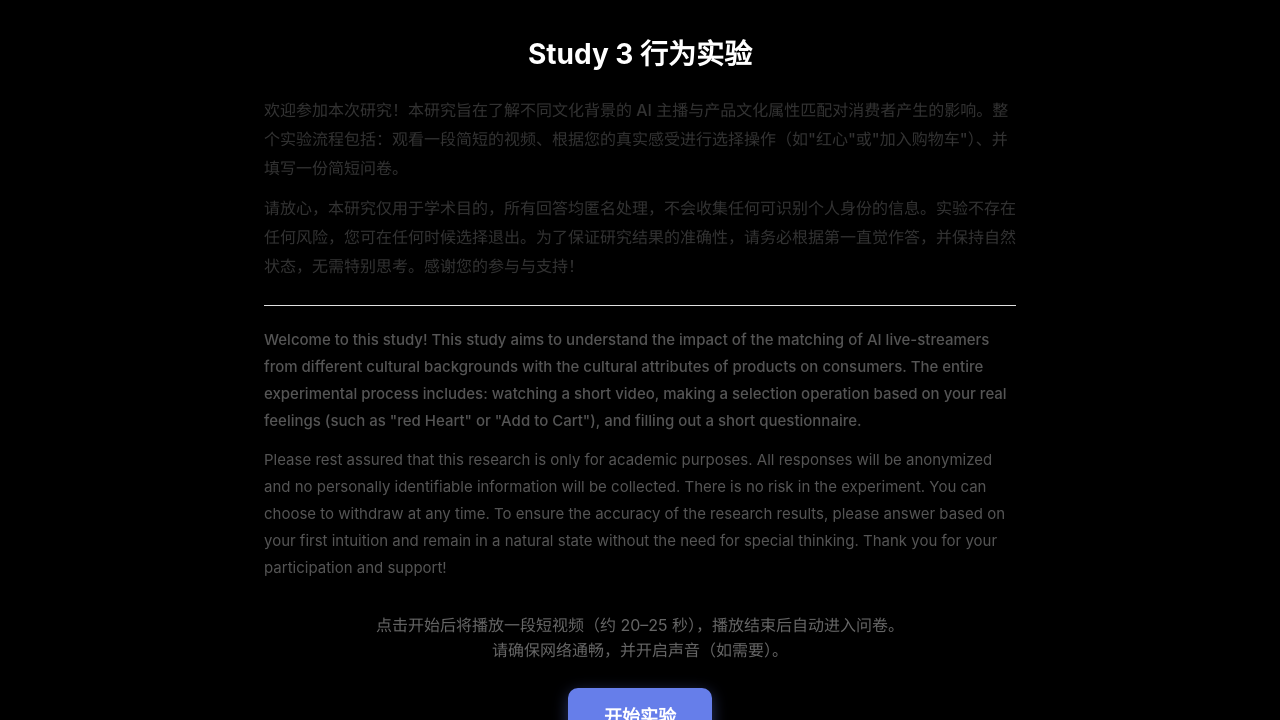
Repository: eshubmy-blip/study3-demo
Page: /
The author's editor kept a copy of each file at every save. The page is drawn from the files as they stood at one save, then again after the next save.
The browser window is 1280 px wide. The pictures show the whole page.
The project was rebuilt for these pictures with package versions that can differ from the ones it lists, and the page was loaded fresh each time. Also part of the build but not shown: vite.config.js, src/utils/videos.js, src/components/VideoExperiment.css, src/components/VideoExperiment.jsx, src/components/Questionnaire.css, src/utils/supabase.js, src/utils/insertStudy3Row.js, src/components/Questionnaire.jsx.

Above is the page before, as saved 2025-12-13 22:51:37.

### index.html
<!DOCTYPE html>
<html lang="zh-CN">
  <head>
    <meta charset="UTF-8" />
    <meta name="viewport" content="width=device-width, initial-scale=1.0, maximum-scale=1.0, user-scalable=no" />
    <meta name="apple-mobile-web-app-capable" content="yes" />
    <meta name="apple-mobile-web-app-status-bar-style" content="black-translucent" />
    <title>Study 3 行为实验</title>
  </head>
  <body>
    <div id="root"></div>
    <script type="module" src="/src/main.jsx"></script>
  </body>
</html>

### src/App.jsx
import { useState, useEffect } from 'react'
import StartPage from './components/StartPage'
import VideoExperiment from './components/VideoExperiment'
import Questionnaire from './components/Questionnaire'
import { generateUserId } from './utils/uuid'
import './App.css'

function App() {
  const [currentStep, setCurrentStep] = useState('start') // 'start' | 'video' | 'questionnaire'
  const [userId, setUserId] = useState(null)
  const [behaviorData, setBehaviorData] = useState(null)

  useEffect(() => {
    const id = generateUserId()
    setUserId(id)
    console.log('用户ID已生成:', id)
  }, [])

  const handleStart = () => {
    // 这一次点击 = 用户交互
    // 立即创建一个临时视频元素来解锁音频播放权限
    const tempVideo = document.createElement('video')
    tempVideo.muted = false
    tempVideo.volume = 1.0
    // 尝试播放一个空视频来解锁权限
    tempVideo.play().then(() => {
      tempVideo.pause()
      tempVideo.remove()
    }).catch(() => {
      tempVideo.remove()
    })

    setCurrentStep('video')
  }

  const handleVideoComplete = (data) => {
    console.log('行为数据已记录:', data)
    setBehaviorData(data)
    setCurrentStep('questionnaire')
  }

  if (!userId) {
    return (
      <div className="app-loading">
        <div className="loading-spinner">初始化中...</div>
      </div>
    )
  }

  return (
    <div className="app-container">
      {currentStep === 'start' && (
        <StartPage onStart={handleStart} />
      )}

      {currentStep === 'video' && (
        <VideoExperiment onComplete={handleVideoComplete} />
      )}

      {currentStep === 'questionnaire' && behaviorData && (
        <Questionnaire behaviorData={behaviorData} userId={userId} />
      )}
    </div>
  )
}

export default App

### src/index.css
* {
  margin: 0;
  padding: 0;
  box-sizing: border-box;
}

body {
  font-family: -apple-system, BlinkMacSystemFont, 'Segoe UI', 'Roboto', 'Oxygen',
    'Ubuntu', 'Cantarell', 'Fira Sans', 'Droid Sans', 'Helvetica Neue',
    sans-serif;
  -webkit-font-smoothing: antialiased;
  -moz-osx-font-smoothing: grayscale;
  background-color: #000;
  color: #fff;
  overflow: hidden;
  user-select: none;
  -webkit-user-select: none;
  -webkit-tap-highlight-color: transparent;
}

#root {
  width: 100vw;
  height: 100vh;
  overflow: hidden;
}

/* 移动端优化 */
@media (max-width: 768px) {
  body {
    font-size: 16px;
  }
}

### src/components/StartPage.jsx
// src/components/StartPage.jsx
export default function StartPage({ onStart }) {
    return (
      <div
        style={{
          minHeight: "100vh",
          display: "flex",
          flexDirection: "column",
          alignItems: "center",
          justifyContent: "flex-start",
          padding: "32px 24px",
          textAlign: "center",
          overflowY: "auto",
          maxWidth: "800px",
          margin: "0 auto",
        }}
      >
        <h2 style={{ marginBottom: 24, fontSize: "28px", fontWeight: "700" }}>Study 3 行为实验</h2>

        <div
          style={{
            marginBottom: 32,
            textAlign: "left",
            lineHeight: 1.8,
            color: "#333",
          }}
        >
          <div style={{ marginBottom: 20, fontSize: "16px" }}>
            <p style={{ marginBottom: 12, fontWeight: "500" }}>
              欢迎参加本次研究！本研究旨在了解不同文化背景的 AI 主播与产品文化属性匹配对消费者产生的影响。整个实验流程包括：观看一段简短的视频、根据您的真实感受进行选择操作（如"红心"或"加入购物车"）、并填写一份简短问卷。
            </p>
            <p style={{ marginBottom: 12 }}>
              请放心，本研究仅用于学术目的，所有回答均匿名处理，不会收集任何可识别个人身份的信息。实验不存在任何风险，您可在任何时候选择退出。为了保证研究结果的准确性，请务必根据第一直觉作答，并保持自然状态，无需特别思考。感谢您的参与与支持！
            </p>
          </div>

          <div style={{
            marginTop: 24,
            paddingTop: 20,
            borderTop: "1px solid #e0e0e0",
            fontSize: "15px",
            color: "#555"
          }}>
            <p style={{ marginBottom: 12, fontWeight: "500" }}>
              Welcome to this study! This study aims to understand the impact of the matching of AI live-streamers from different cultural backgrounds with the cultural attributes of products on consumers. The entire experimental process includes: watching a short video, making a selection operation based on your real feelings (such as "red Heart" or "Add to Cart"), and filling out a short questionnaire.
            </p>
            <p style={{ marginBottom: 0 }}>
              Please rest assured that this research is only for academic purposes. All responses will be anonymized and no personally identifiable information will be collected. There is no risk in the experiment. You can choose to withdraw at any time. To ensure the accuracy of the research results, please answer based on your first intuition and remain in a natural state without the need for special thinking. Thank you for your participation and support!
            </p>
          </div>
        </div>

        <p style={{
          marginBottom: 24,
          lineHeight: 1.6,
          fontSize: "16px",
          color: "#666"
        }}>
          点击开始后将播放一段短视频（约 20–25 秒），播放结束后自动进入问卷。
          <br />
          请确保网络通畅，并开启声音（如需要）。
        </p>

        <button
          onClick={onStart}
          style={{
            fontSize: 18,
            padding: "14px 36px",
            borderRadius: 10,
            border: "none",
            cursor: "pointer",
            backgroundColor: "#667eea",
            color: "#fff",
            fontWeight: "600",
            boxShadow: "0 4px 15px rgba(102, 126, 234, 0.4)",
            transition: "all 0.3s ease",
          }}
          onMouseEnter={(e) => {
            e.target.style.transform = "translateY(-2px)";
            e.target.style.boxShadow = "0 6px 20px rgba(102, 126, 234, 0.6)";
          }}
          onMouseLeave={(e) => {
            e.target.style.transform = "translateY(0)";
            e.target.style.boxShadow = "0 4px 15px rgba(102, 126, 234, 0.4)";
          }}
        >
          开始实验
        </button>
      </div>
    );
  }

### src/utils/uuid.js
/**
 * 生成唯一用户ID（UUID v4简化版）
 */
export function generateUserId() {
  // 检查localStorage是否已有user_id
  const existingId = localStorage.getItem('study3_user_id');
  if (existingId) {
    return existingId;
  }

  // 生成新的UUID
  const uuid = 'xxxxxxxx-xxxx-4xxx-yxxx-xxxxxxxxxxxx'.replace(/[xy]/g, function(c) {
    const r = Math.random() * 16 | 0;
    const v = c === 'x' ? r : (r & 0x3 | 0x8);
    return v.toString(16);
  });

  // 保存到localStorage
  localStorage.setItem('study3_user_id', uuid);
  return uuid;
}

### src/App.css
.app-container {
  width: 100vw;
  height: 100vh;
  overflow: hidden;
  position: relative;
}

.app-loading {
  width: 100vw;
  height: 100vh;
  display: flex;
  justify-content: center;
  align-items: center;
  background-color: #000;
  color: #fff;
  font-size: 18px;
}

.loading-spinner {
  animation: pulse 1.5s ease-in-out infinite;
}

@keyframes pulse {
  0%, 100% {
    opacity: 1;
  }
  50% {
    opacity: 0.5;
  }
}

Loaded but not shown: src/main.jsx (common file)

After the next save:
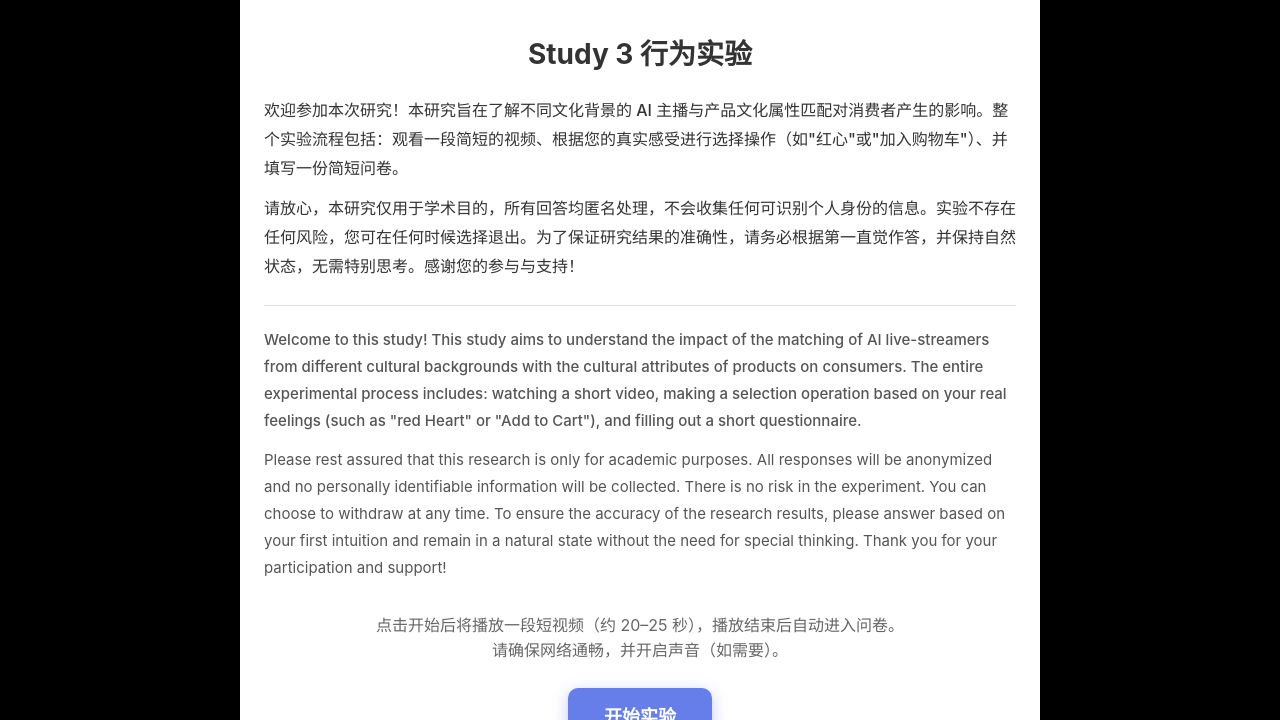
Saved 66 s later.
--- a/src/components/StartPage.jsx
+++ b/src/components/StartPage.jsx
@@ -13,6 +13,8 @@ export default function StartPage({ onStart }) {
           overflowY: "auto",
           maxWidth: "800px",
           margin: "0 auto",
+          backgroundColor: "#fff",
+          color: "#333",
         }}
       >
         <h2 style={{ marginBottom: 24, fontSize: "28px", fontWeight: "700" }}>Study 3 行为实验</h2>
